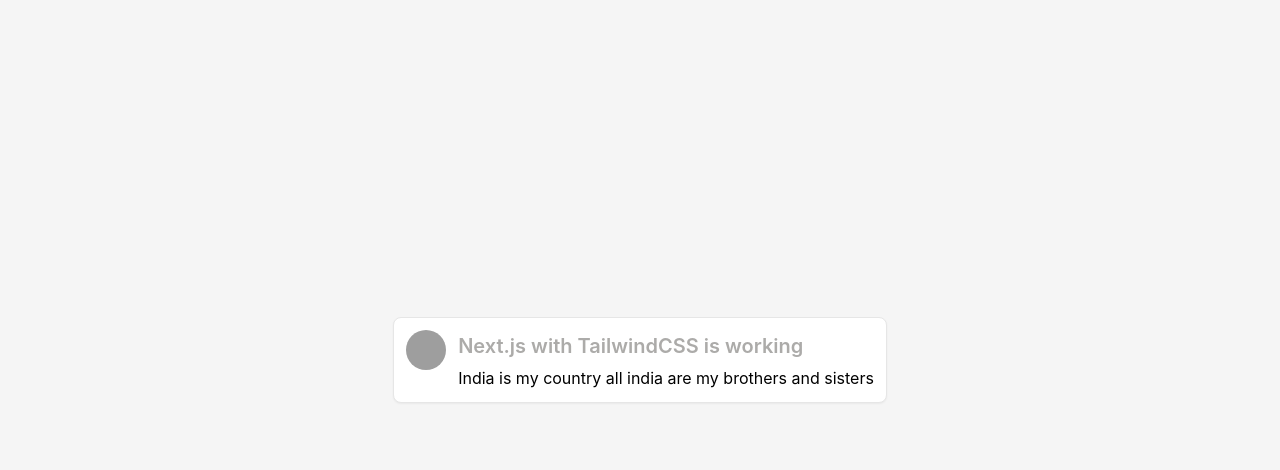
Repository: vignesh33654/resizablesidebar
Page: /
An editor plug-in stored every save of this project. The page is shown before and after a run of saves, followed by the edit.
The browser window is 1280 px wide. The pictures show the whole page.
The project was rebuilt for these pictures with package versions that can differ from the ones it lists, and the page was loaded fresh each time.

Above is the page before, as saved 2025-11-11 10:36:19.

After the next 2 saves:
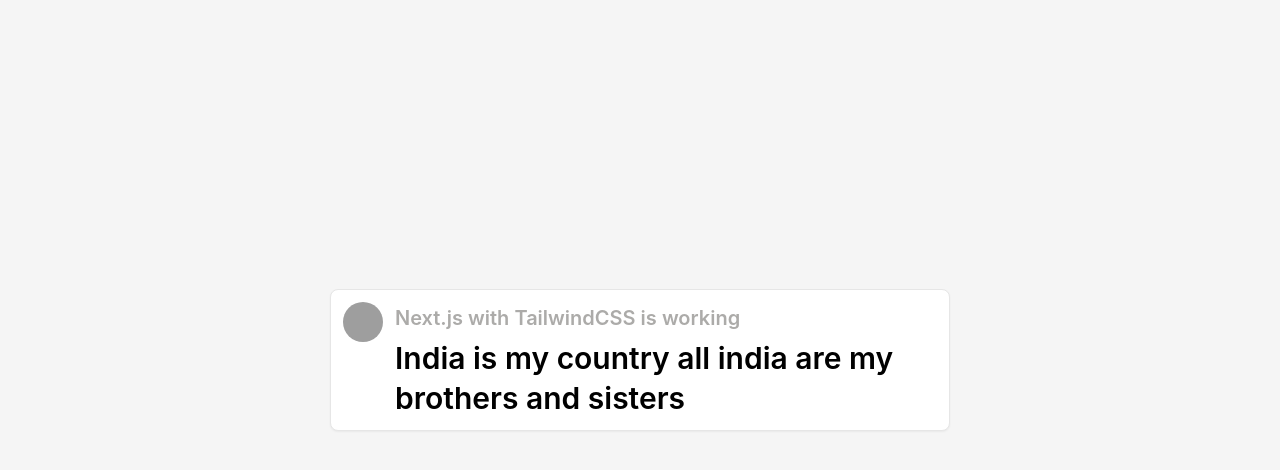
The 2 saves are shown as one change because 1 did not build or start.
The last was saved 17 s later.
--- a/src/App.tsx
+++ b/src/App.tsx
@@ -18,8 +18,8 @@
           <h3 className="text-text-Tertiary">
             Next.js with TailwindCSS is working
           </h3>
-          <div className="text-font-size-h1 text-text-primary "> India is my country all india are my brothers and sisters
-          </div>
+          <h1 className="text-font-size-h1 text-text-primary "> India is my country all india are my brothers and sisters
+          </h1>
         </div>
       </div>
     </div>
